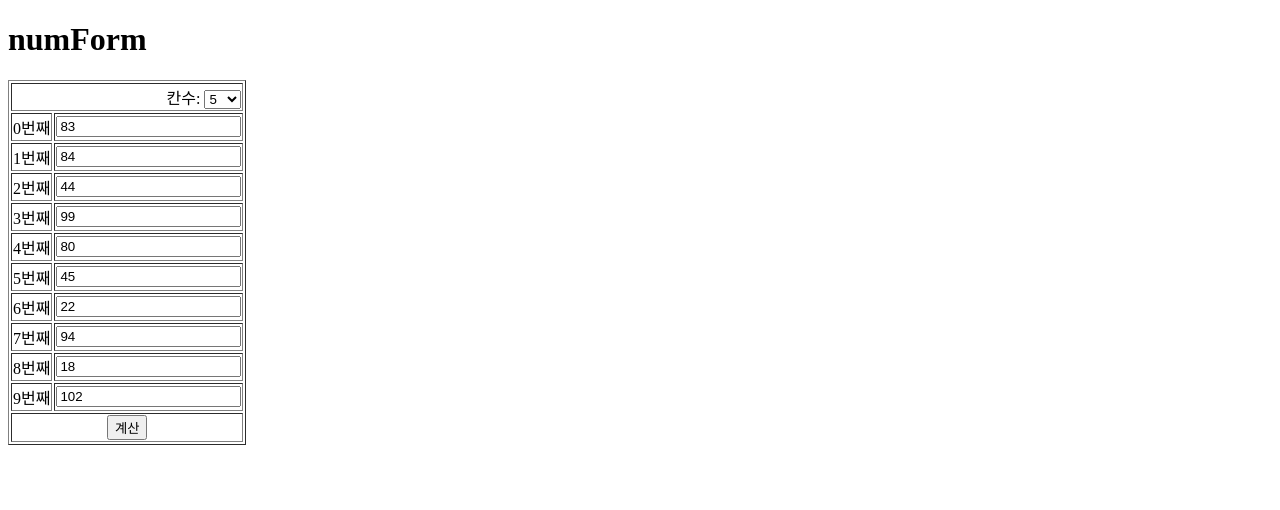
Repository: hjh5217/newJSP
Page: http://localhost/jspProj/request/numForm.jsp
These files come from the project's save history. The page is drawn as it stood at one moment and after the next save; the edit follows.
The browser window is 1280 px wide. The pictures show the whole page.
The page is served by Tomcat 9. Other server files are loaded and not shown.

Above is the page before, as saved 2023-07-27 07:44:55.

### jspProj/src/main/webapp/request/numForm.jsp
<%@ page language="java" contentType="text/html; charset=UTF-8"
    pageEncoding="UTF-8"%>
<%
	int cnt = 5;
	if(request.getParameter("cnt")!=null){
		cnt = Integer.parseInt(request.getParameter("cnt"));
	}
%>
<!DOCTYPE html>
<html>
<head>
<meta charset="UTF-8">
<title>numForm</title>
<script type="text/javascript">
	function cntChange(){
		alert("바꿨나?");
		qwer.action="?" // 자기 자신한테 돌아옴
		qwer.submit();
	}

</script>
</head>
<body>
	<h1>numForm</h1>
	<form action="numReg.jsp" name="qwer">
		<table border="">
			<tr>
				<td colspan="2" align="right">
					칸수:
					<select name="cnt" id="" onchange="cntChange()">
						<option>5</option>
						<option>10</option>
						<option>15</option>
						<option>20</option>
						<option>25</option>
						<option>30</option>
					</select>
				</td>
			</tr>


			<% for(int i = 0; i<10; i++){%>
			<tr>
				<td><%=i %>번째</td>
				<td><input type="text" name="no" value="<%=(int)(Math.random()*100)+10 %>"/></td>
			</tr>
			<%} %>
			<tr>
				<td colspan="2" align="center">
					<input type="submit" value="계산"/>
				</td>
			</tr>
		</table>
	</form>
</body>
</html>

After the next save:
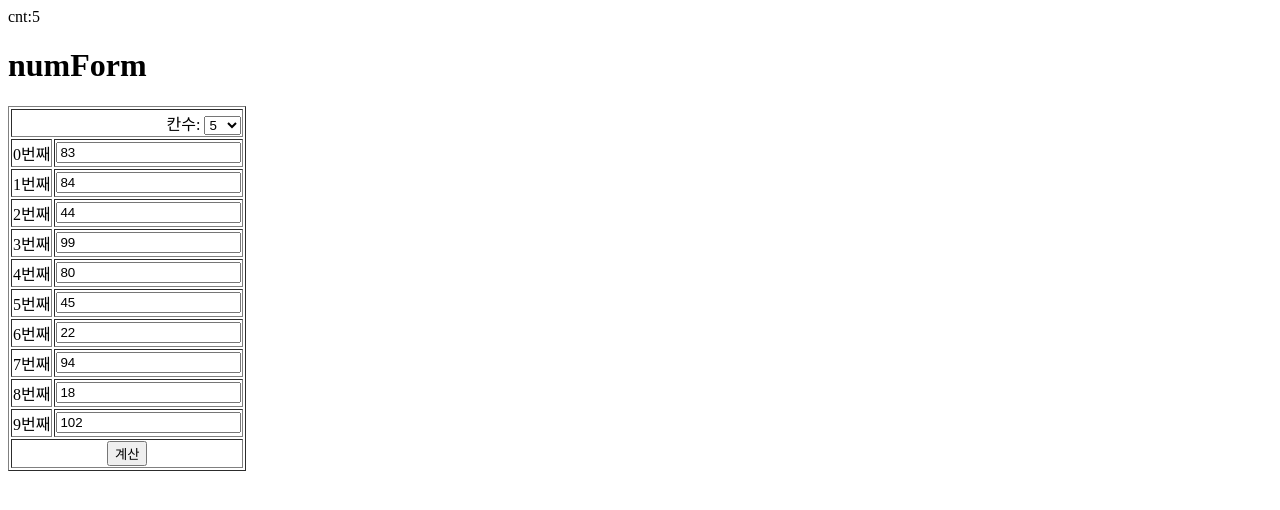
Saved 23 s later.
--- a/jspProj/src/main/webapp/request/numForm.jsp
+++ b/jspProj/src/main/webapp/request/numForm.jsp
@@ -21,6 +21,7 @@
 </script>
 </head>
 <body>
+cnt:<%=cnt %>
 	<h1>numForm</h1>
 	<form action="numReg.jsp" name="qwer">
 		<table border="">
